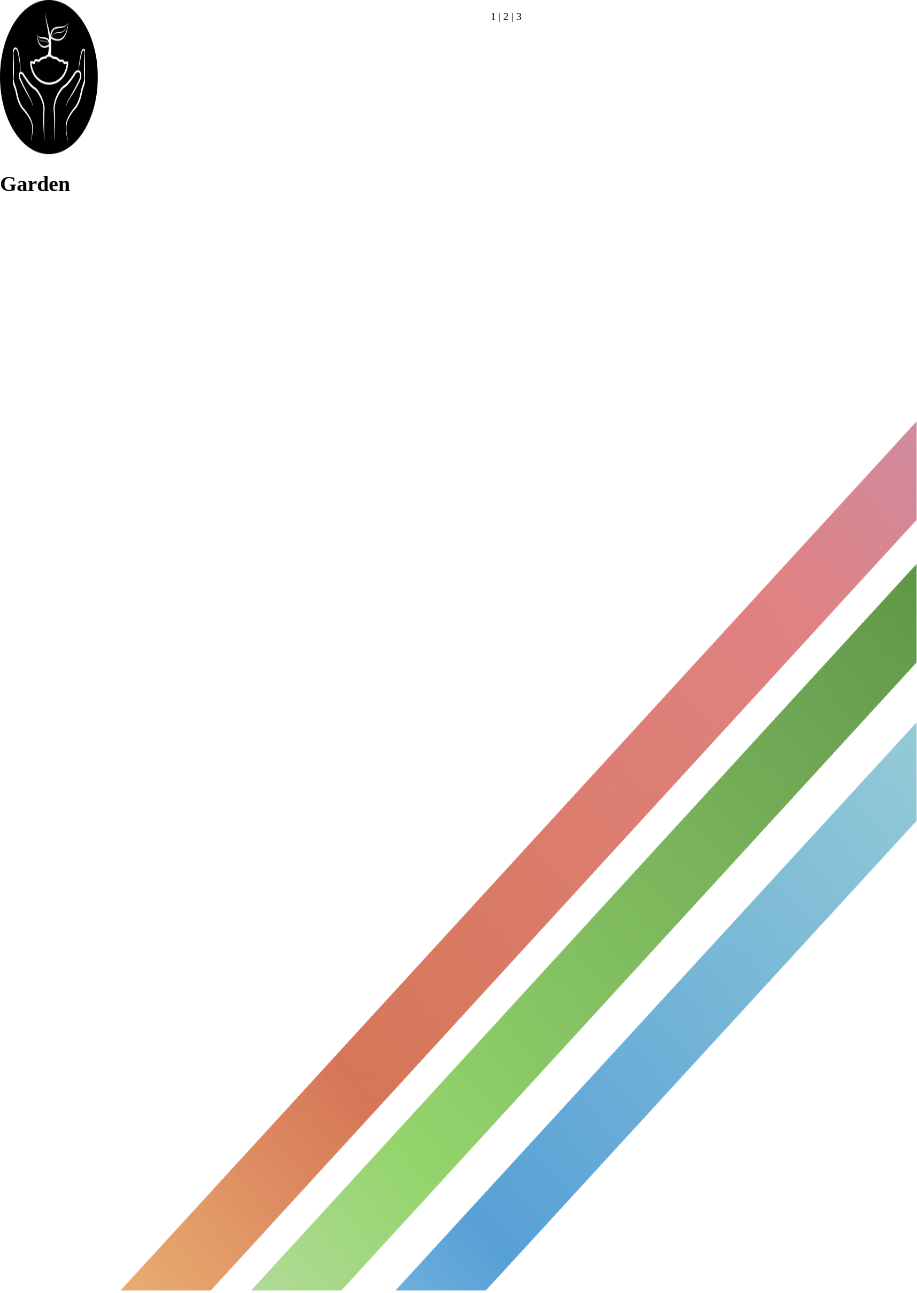
Repository: zoelake/DCDmidterm
Page: DESIGN-HERE/index.html
An editor plug-in stored every save of this project. The page is shown before and after the next save, followed by the edit.
The browser window is 1280 px wide. The page is 1368 px wide, so the pictures cover 1368 px, including what lies to the right of the window. The pictures show the whole page, at 67% of full size.

Above is the page before, as saved 2021-03-22 22:10:45.

### DESIGN-HERE/index.html
<!DOCTYPE html>
<html lang="en">

<head>
    <meta charset="UTF-8">
    <meta http-equiv="X-UA-Compatible" content="IE=edge">
    <meta name="viewport" content="width=device-width, initial-scale=1.0">
    <title>Garden</title>

    <!-- google fonts here  -->
    <link rel="preconnect" href="https://fonts.gstatic.com">
    <link href="https://fonts.googleapis.com/css2?family=Montserrat:ital,wght@0,300;1,700&display=swap"
        rel="stylesheet">
    <link rel="preconnect" href="https://fonts.gstatic.com">
    <link href="https://fonts.googleapis.com/css2?family=Bebas+Neue&display=swap" rel="stylesheet">
    <link rel="preconnect" href="https://fonts.gstatic.com">
    <link href="https://fonts.googleapis.com/css2?family=Permanent+Marker&display=swap" rel="stylesheet">

    <link rel="stylesheet" type="text/css" href="style.css">
</head>

<body>
    <header>
        <div id="header">
            <div id="logo">
                <img id="logo-image" src="images/logo-main.png" alt="Garden logo">
                <h1>Garden</h1>
            </div>
            <div id="nav">
                <p>1 | 2 | 3</p>
            </div>
        </div>
    </header>

    <!-- main content here -->


    <footer>
        <img src="/images/rainbow-stripes.png">
    </footer>
</body>

</html>

### DESIGN-HERE/style.css
html, body {
    margin: 0;
    width: 100vw;
    height: 100vh;
    position: relative;
}

/* font-family: 'Permanent Marker', cursive;
font-family: 'Bebas Neue', cursive;
font-family: 'Montserrat', sans-serif; */

#header {
    display: flex;
}

#logo {
    justify-self: flex-start;
}

#logo-image {
    width:20%;
    height: 100%;
}

#nav {
    justify-self: flex-end;
}

After the next save:
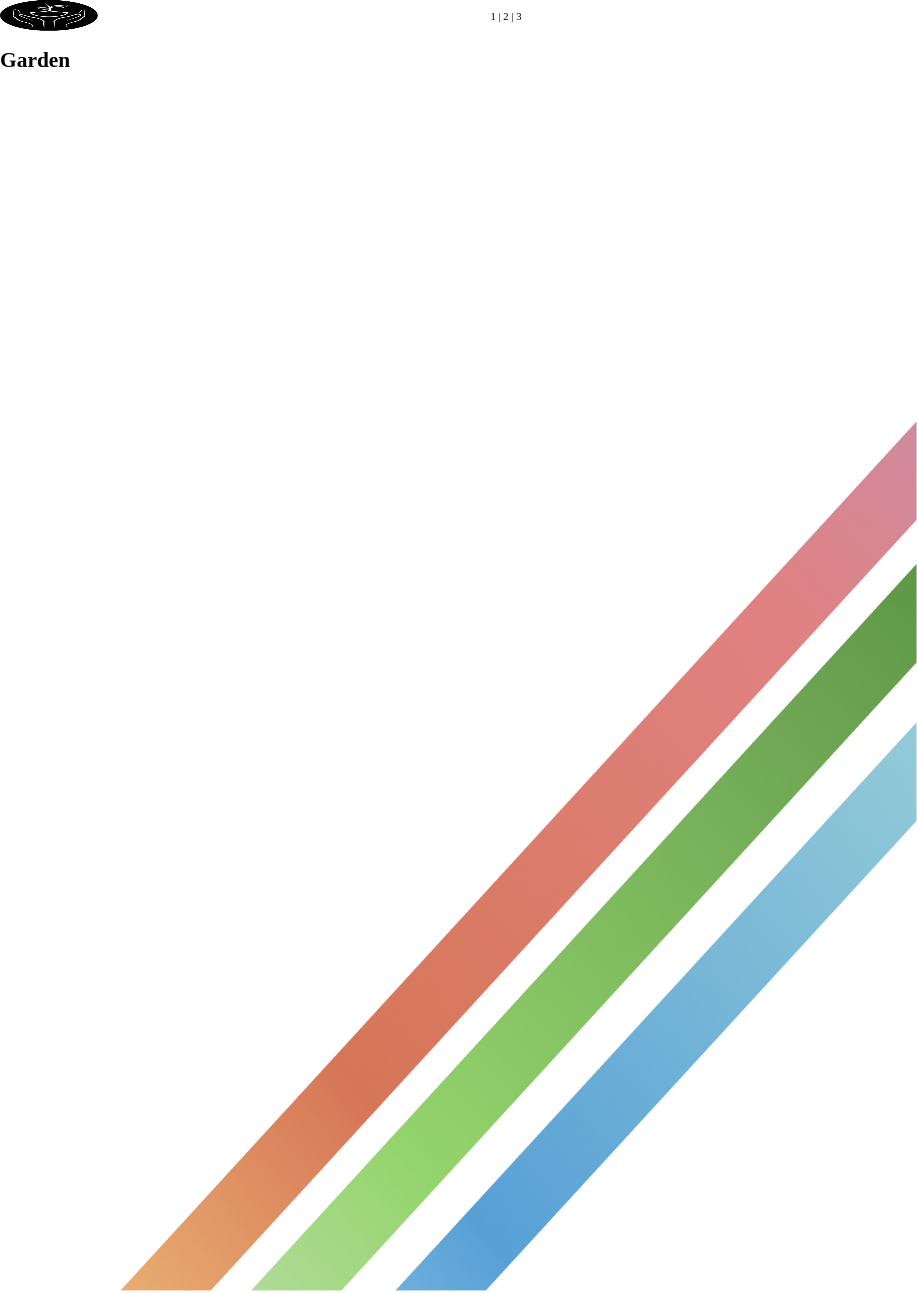
Saved 4 s later.
--- a/DESIGN-HERE/style.css
+++ b/DESIGN-HERE/style.css
@@ -19,7 +19,7 @@
 
 #logo-image {
     width:20%;
-    height: 100%;
+    height: 20%;
 }
 
 #nav {
